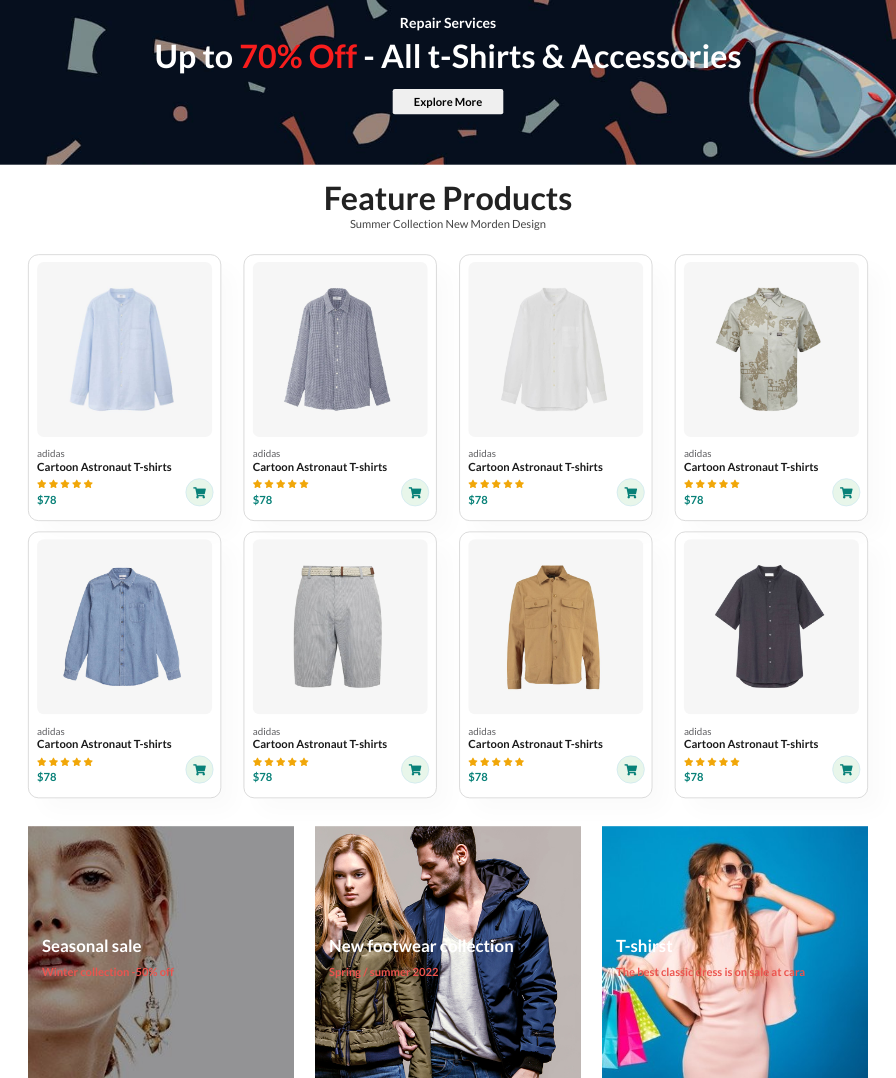
Repository: Nguyenductuan-dev/Website-Clothes
Page: index.html
The author's editor kept a copy of each file at every save. The page is drawn from the files as they stood at one save, then again after the next save.
The browser window is 1280 px wide. The pictures show the part of the page from y = 1926 to 3846 px (the page is 3466 px tall before and 3846 px after), at 70% of full size.

Above is the page before, as saved 2022-05-16 20:29:49.

### index.html
<!DOCTYPE html>
<html lang="en">
<head>
    <meta charset="UTF-8">
    <meta http-equiv="X-UA-Compatible" content="IE=edge">
    <meta name="viewport" content="width=device-width, initial-scale=1.0">
    <link rel="shortcut icon" href="assets/imgs/favicon.png" type="image/x-icon">
    <link rel="stylesheet" href="https://cdnjs.cloudflare.com/ajax/libs/font-awesome/5.15.1/css/all.min.css" />
    <link rel="preconnect" href="https://fonts.googleapis.com">
    <link rel="preconnect" href="https://fonts.gstatic.com" crossorigin>
    <link href="https://fonts.googleapis.com/css2?family=Lato:wght@400;700&family=Montserrat:ital,wght@0,200;0,300;0,400;0,500;0,600;0,700;1,600&display=swap" rel="stylesheet">
    <link rel="stylesheet" href="assets/css/style.css">
    <title>Website Clothes</title>
</head>
<body>
    <!-- ======================= HEADER ====================== -->
    <header class="header " id="header">
        <div class="header__container container">
            <a href="index.html" class="header__logo">
                <img src="assets/images/logo.png" alt="" class="header__logo-img">
            </a>

            <div class="navbar" id="navbar">
                <ul class="navbar__list">
                    <li class="navbar__item ">
                        <a href="index.html" class="navbar__link navbar__active">Home</a>
                    </li>
                    <li class="navbar__item">
                        <a href="shop.html" class="navbar__link">Shop</a>
                    </li>
                    <li class="navbar__item">
                        <a href="blog.html" class="navbar__link">Blog</a>
                    </li>
                    <li class="navbar__item">
                        <a href="about.html" class="navbar__link">About</a>
                    </li>
                    <li class="navbar__item">
                        <a href="contact.html" class="navbar__link">Contact</a>
                    </li>
                    <li class="navbar__item">
                        <a href="cart.html" class="navbar__link">
                            <i class="fas fa-shopping-cart"></i>
                        </a>
                    </li>
                </ul>
            </div>
        </div>
    </header>

    <!-- ======================= BANNER ====================== -->
    <section class="banner" id="banner">
        <div class="banner__container container">
            <h4>Trade-in-offer</h4>
            <h2>Supper value deals</h2>
            <h1>On all products</h1>
            <p>Save more with coupons & up to 70% off!</p>
            <button class="banner__btn">
                Shop Now
            </button>
        </div>
    </section>

    <!-- ======================= FEATURE ====================== -->
    <section class="feature container" id="feature">
        <div class="feature__box">
            <img src="assets/images/features/f1.png" alt="" class="feature__img">
            <h6 class="feature__title">Free Shipping</h6>
        </div>
        <div class="feature__box">
            <img src="assets/images/features/f2.png" alt="" class="feature__img">
            <h6 class="feature__title">Online Order</h6>
        </div>
        <div class="feature__box">
            <img src="assets/images/features/f3.png" alt="" class="feature__img">
            <h6 class="feature__title">Save Money</h6>
        </div>
        <div class="feature__box">
            <img src="assets/images/features/f4.png" alt="" class="feature__img">
            <h6 class="feature__title">Promotions</h6>
        </div>
        <div class="feature__box">
            <img src="assets/images/features/f5.png" alt="" class="feature__img">
            <h6 class="feature__title">Happy Sell</h6>
        </div>
        <div class="feature__box">
            <img src="assets/images/features/f6.png" alt="" class="feature__img">
            <h6 class="feature__title">F24/7 Support</h6>
        </div>
    </section>

    <!-- ======================= PRODUCTS ====================== -->
    <section class="product container" id="product">
        <div class="product__heading">
            <h2 class="product__heading-title">Feature Products</h2>
            <p class="product__heading-description">Summer Collection New Morden Design</p>
        </div>
        <div class="product__list">
            <div class="product__item">
                <a href="" class="product__link">
                    <img src="assets/images/products/n1.jpg" alt="" class="product__img">
                    <div class="product__des">
                        <span class="product__brand">adidas</span>
                        <h5 class="product__title">Cartoon Astronaut T-shirts</h5>
                        <div class="product__rate">
                            <i class="fas fa-star"></i>
                            <i class="fas fa-star"></i>
                            <i class="fas fa-star"></i>
                            <i class="fas fa-star"></i>
                            <i class="fas fa-star"></i>
                        </div>
                        <h4 class="product__price">$78</h4>
                    </div>
                    <a href="#" class="product__cart">
                        <i class="fas fa-shopping-cart"></i>
                    </a>
                </a>
            </div>
            <div class="product__item">
                <a href="" class="product__link">
                    <img src="assets/images/products/f2.jpg" alt="" class="product__img">
                    <div class="product__des">
                        <span class="product__brand">adidas</span>
                        <h5 class="product__title">Cartoon Astronaut T-shirts</h5>
                        <div class="product__rate">
                            <i class="fas fa-star"></i>
                            <i class="fas fa-star"></i>
                            <i class="fas fa-star"></i>
                            <i class="fas fa-star"></i>
                            <i class="fas fa-star"></i>
                        </div>
                        <h4 class="product__price">$78</h4>
                    </div>
                    <a href="#" class="product__cart">
                        <i class="fas fa-shopping-cart"></i>
                    </a>
                </a>
            </div>
            <div class="product__item">
                <a href="" class="product__link">
                    <img src="assets/images/products/f3.jpg" alt="" class="product__img">
                    <div class="product__des">
                        <span class="product__brand">adidas</span>
                        <h5 class="product__title">Cartoon Astronaut T-shirts</h5>
                        <div class="product__rate">
                            <i class="fas fa-star"></i>
                            <i class="fas fa-star"></i>
                            <i class="fas fa-star"></i>
                            <i class="fas fa-star"></i>
                            <i class="fas fa-star"></i>
                        </div>
                        <h4 class="product__price">$78</h4>
                    </div>
                    <a href="#" class="product__cart">
                        <i class="fas fa-shopping-cart"></i>
                    </a>
                </a>
            </div>
            <div class="product__item">
                <a href="" class="product__link">
                    <img src="assets/images/products/f4.jpg" alt="" class="product__img">
                    <div class="product__des">
                        <span class="product__brand">adidas</span>
                        <h5 class="product__title">Cartoon Astronaut T-shirts</h5>
                        <div class="product__rate">
                            <i class="fas fa-star"></i>
                            <i class="fas fa-star"></i>
                            <i class="fas fa-star"></i>
                            <i class="fas fa-star"></i>
                            <i class="fas fa-star"></i>
                        </div>
                        <h4 class="product__price">$78</h4>
                    </div>
                    <a href="#" class="product__cart">
                        <i class="fas fa-shopping-cart"></i>
                    </a>
                </a>
            </div>
            <div class="product__item">
                <a href="" class="product__link">
                    <img src="assets/images/products/f5.jpg" alt="" class="product__img">
                    <div class="product__des">
                        <span class="product__brand">adidas</span>
                        <h5 class="product__title">Cartoon Astronaut T-shirts</h5>
                        <div class="product__rate">
                            <i class="fas fa-star"></i>
                            <i class="fas fa-star"></i>
                            <i class="fas fa-star"></i>
                            <i class="fas fa-star"></i>
                            <i class="fas fa-star"></i>
                        </div>
                        <h4 class="product__price">$78</h4>
                    </div>
                    <a href="#" class="product__cart">
                        <i class="fas fa-shopping-cart"></i>
                    </a>
                </a>
            </div>
            <div class="product__item">
                <a href="" class="product__link">
                    <img src="assets/images/products/f6.jpg" alt="" class="product__img">
                    <div class="product__des">
                        <span class="product__brand">adidas</span>
                        <h5 class="product__title">Cartoon Astronaut T-shirts</h5>
                        <div class="product__rate">
                            <i class="fas fa-star"></i>
                            <i class="fas fa-star"></i>
                            <i class="fas fa-star"></i>
                            <i class="fas fa-star"></i>
                            <i class="fas fa-star"></i>
                        </div>
                        <h4 class="product__price">$78</h4>
                    </div>
                    <a href="#" class="product__cart">
                        <i class="fas fa-shopping-cart"></i>
                    </a>
                </a>
            </div>
            <div class="product__item">
                <a href="" class="product__link">
                    <img src="assets/images/products/f7.jpg" alt="" class="product__img">
                    <div class="product__des">
                        <span class="product__brand">adidas</span>
                        <h5 class="product__title">Cartoon Astronaut T-shirts</h5>
                        <div class="product__rate">
                            <i class="fas fa-star"></i>
                            <i class="fas fa-star"></i>
                            <i class="fas fa-star"></i>
                            <i class="fas fa-star"></i>
                            <i class="fas fa-star"></i>
                        </div>
                        <h4 class="product__price">$78</h4>
                    </div>
                    <a href="#" class="product__cart">
                        <i class="fas fa-shopping-cart"></i>
                    </a>
                </a>
            </div>
            <div class="product__item">
                <a href="" class="product__link">
                    <img src="assets/images/products/f8.jpg" alt="" class="product__img">
                    <div class="product__des">
                        <span class="product__brand">adidas</span>
                        <h5 class="product__title">Cartoon Astronaut T-shirts</h5>
                        <div class="product__rate">
                            <i class="fas fa-star"></i>
                            <i class="fas fa-star"></i>
                            <i class="fas fa-star"></i>
                            <i class="fas fa-star"></i>
                            <i class="fas fa-star"></i>
                        </div>
                        <h4 class="product__price">$78</h4>
                    </div>
                    <a href="#" class="product__cart">
                        <i class="fas fa-shopping-cart"></i>
                    </a>
                </a>
            </div>

        </div>
    </section>

    <!-- ======================= SALE OFF====================== -->
    <section class="saleoff" id="saleoff">
        <div class="saleoff__container container">
            <h4 class="saleoff__description">Repair Services</h4>
            <h2 class="saleoff__title">Up to <span>70% Off</span> - All t-Shirts & Accessories</h2>
            <button class="saleoff__btn">
                Explore More
            </button>
        </div>
    </section>

    <!-- ======================= PRODUCTS ====================== -->
    <section class="product container" id="product">
        <div class="product__heading">
            <h2 class="product__heading-title">Feature Products</h2>
            <p class="product__heading-description">Summer Collection New Morden Design</p>
        </div>
        <div class="product__list">
            <div class="product__item">
                <a href="" class="product__link">
                    <img src="assets/images/products/n1.jpg" alt="" class="product__img">
                    <div class="product__des">
                        <span class="product__brand">adidas</span>
                        <h5 class="product__title">Cartoon Astronaut T-shirts</h5>
                        <div class="product__rate">
                            <i class="fas fa-star"></i>
                            <i class="fas fa-star"></i>
                            <i class="fas fa-star"></i>
                            <i class="fas fa-star"></i>
                            <i class="fas fa-star"></i>
                        </div>
                        <h4 class="product__price">$78</h4>
                    </div>
                    <a href="#" class="product__cart">
                        <i class="fas fa-shopping-cart"></i>
                    </a>
                </a>
            </div>
            <div class="product__item">
                <a href="" class="product__link">
                    <img src="assets/images/products/n2.jpg" alt="" class="product__img">
                    <div class="product__des">
                        <span class="product__brand">adidas</span>
                        <h5 class="product__title">Cartoon Astronaut T-shirts</h5>
                        <div class="product__rate">
                            <i class="fas fa-star"></i>
                            <i class="fas fa-star"></i>
                            <i class="fas fa-star"></i>
                            <i class="fas fa-star"></i>
                            <i class="fas fa-star"></i>
                        </div>
                        <h4 class="product__price">$78</h4>
                    </div>
                    <a href="#" class="product__cart">
                        <i class="fas fa-shopping-cart"></i>
                    </a>
                </a>
            </div>
            <div class="product__item">
                <a href="" class="product__link">
                    <img src="assets/images/products/n3.jpg" alt="" class="product__img">
                    <div class="product__des">
                        <span class="product__brand">adidas</span>
                        <h5 class="product__title">Cartoon Astronaut T-shirts</h5>
                        <div class="product__rate">
                            <i class="fas fa-star"></i>
                            <i class="fas fa-star"></i>
                            <i class="fas fa-star"></i>
                            <i class="fas fa-star"></i>
                            <i class="fas fa-star"></i>
                        </div>
                        <h4 class="product__price">$78</h4>
                    </div>
                    <a href="#" class="product__cart">
                        <i class="fas fa-shopping-cart"></i>
                    </a>
                </a>
            </div>
            <div class="product__item">
                <a href="" class="product__link">
                    <img src="assets/images/products/n4.jpg" alt="" class="product__img">
                    <div class="product__des">
                        <span class="product__brand">adidas</span>
                        <h5 class="product__title">Cartoon Astronaut T-shirts</h5>
                        <div class="product__rate">
                            <i class="fas fa-star"></i>
                            <i class="fas fa-star"></i>
                            <i class="fas fa-star"></i>
                            <i class="fas fa-star"></i>
                            <i class="fas fa-star"></i>
                        </div>
                        <h4 class="product__price">$78</h4>
                    </div>
                    <a href="#" class="product__cart">
                        <i class="fas fa-shopping-cart"></i>
                    </a>
                </a>
            </div>
            <div class="product__item">
                <a href="" class="product__link">
                    <img src="assets/images/products/n5.jpg" alt="" class="product__img">
                    <div class="product__des">
                        <span class="product__brand">adidas</span>
                        <h5 class="product__title">Cartoon Astronaut T-shirts</h5>
                        <div class="product__rate">
                            <i class="fas fa-star"></i>
                            <i class="fas fa-star"></i>
                            <i class="fas fa-star"></i>
                            <i class="fas fa-star"></i>
                            <i class="fas fa-star"></i>
                        </div>
                        <h4 class="product__price">$78</h4>
                    </div>
                    <a href="#" class="product__cart">
                        <i class="fas fa-shopping-cart"></i>
                    </a>
                </a>
            </div>
            <div class="product__item">
                <a href="" class="product__link">
                    <img src="assets/images/products/n6.jpg" alt="" class="product__img">
                    <div class="product__des">
                        <span class="product__brand">adidas</span>
                        <h5 class="product__title">Cartoon Astronaut T-shirts</h5>
                        <div class="product__rate">
                            <i class="fas fa-star"></i>
                            <i class="fas fa-star"></i>
                            <i class="fas fa-star"></i>
                            <i class="fas fa-star"></i>
                            <i class="fas fa-star"></i>
                        </div>
                        <h4 class="product__price">$78</h4>
                    </div>
                    <a href="#" class="product__cart">
                        <i class="fas fa-shopping-cart"></i>
                    </a>
                </a>
            </div>
            <div class="product__item">
                <a href="" class="product__link">
                    <img src="assets/images/products/n7.jpg" alt="" class="product__img">
                    <div class="product__des">
                        <span class="product__brand">adidas</span>
                        <h5 class="product__title">Cartoon Astronaut T-shirts</h5>
                        <div class="product__rate">
                            <i class="fas fa-star"></i>
                            <i class="fas fa-star"></i>
                            <i class="fas fa-star"></i>
                            <i class="fas fa-star"></i>
                            <i class="fas fa-star"></i>
                        </div>
                        <h4 class="product__price">$78</h4>
                    </div>
                    <a href="#" class="product__cart">
                        <i class="fas fa-shopping-cart"></i>
                    </a>
                </a>
            </div>
            <div class="product__item">
                <a href="" class="product__link">
                    <img src="assets/images/products/n8.jpg" alt="" class="product__img">
                    <div class="product__des">
                        <span class="product__brand">adidas</span>
                        <h5 class="product__title">Cartoon Astronaut T-shirts</h5>
                        <div class="product__rate">
                            <i class="fas fa-star"></i>
                            <i class="fas fa-star"></i>
                            <i class="fas fa-star"></i>
                            <i class="fas fa-star"></i>
                            <i class="fas fa-star"></i>
                        </div>
                        <h4 class="product__price">$78</h4>
                    </div>
                    <a href="#" class="product__cart">
                        <i class="fas fa-shopping-cart"></i>
                    </a>
                </a>
            </div>

        </div>
    </section>

    <!-- ======================= BANNER 2====================== -->



    <section class="banner3" id="banner3">
        <div class="banner3__container container">
            <div class="banner__box seasonal-sale banner3__box">
                <h2>Seasonal sale</h2>
                <span>Winter collection -50% off</span>
            </div>
            <div class="banner__box new-footwear banner3__box">
                <h2>New footwear collection</h2>
                <span>Spring / summer 2022</span>
            </div>
            <div class="banner__box t-shirst banner3__box">
                <h2>T-shirst</h2>
                <span>The best classic dress is on sale at cara</span>
            </div>
        </div>
    </section>


    <script src="assets/js/main.js"></script>
</body>
</html>

Loaded but not shown: assets/js/main.js (11 lines, source omitted); assets/css/style.css (389 lines, source omitted)

After the next save:
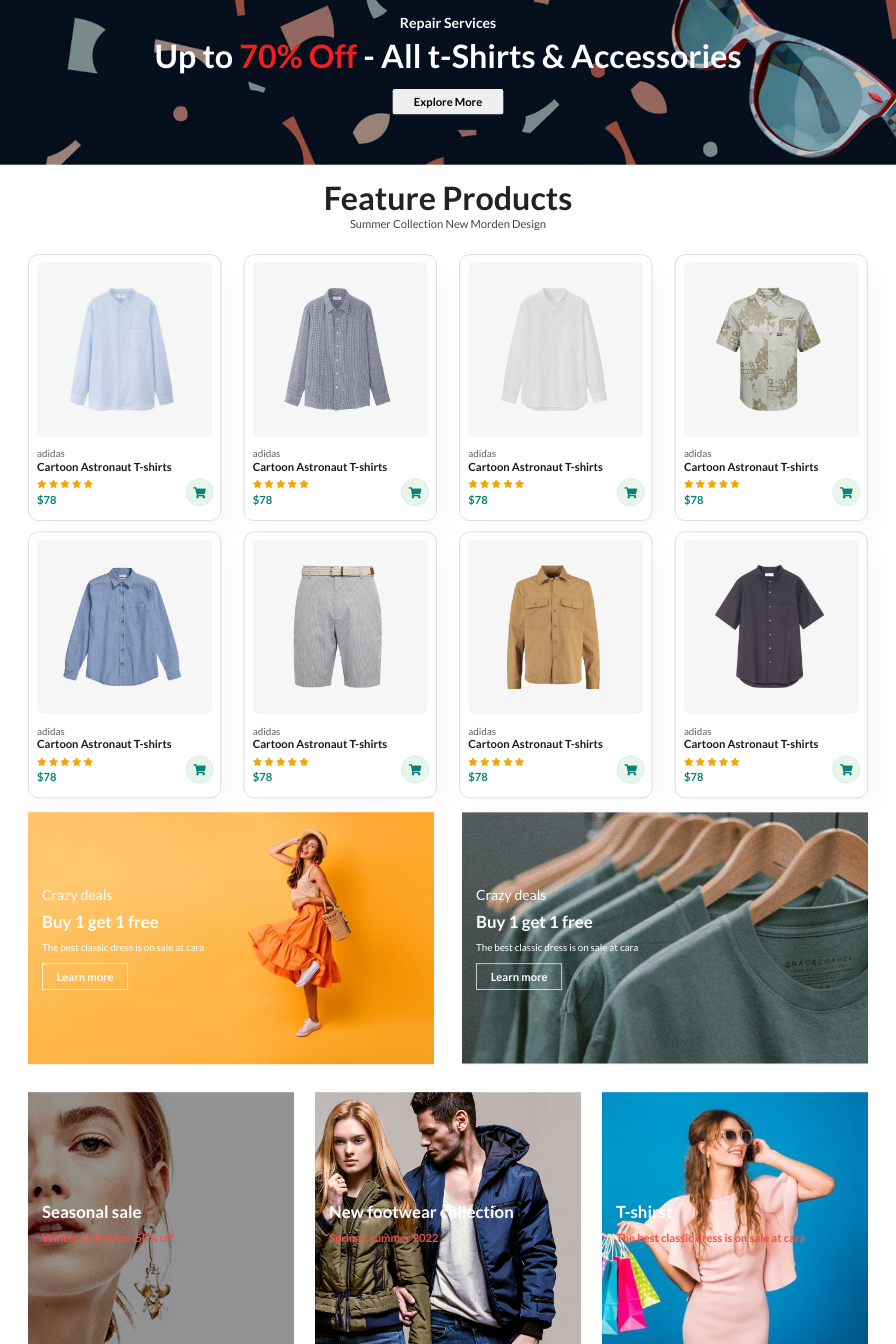
Saved 118 s later.
--- a/index.html
+++ b/index.html
@@ -441,9 +441,27 @@
         </div>
     </section>
 
-    <!-- ======================= BANNER 2====================== -->
-
-
+    <!-- ======================= BANNER 2 ====================== -->
+    <section class="banner2" id="banner2">
+        <div class="banner2__container container">
+            <div class="banner__box crazy-deals banner2__box">
+                <h4>Crazy deals</h4>
+                <h2>Buy 1 get 1 free</h2>
+                <p>The best classic dress is on sale at cara</p>
+                <button class="banner__btn">
+                    Learn more
+                </button>
+            </div>
+            <div class="banner__box spring-summer banner2__box">
+                <h4>Crazy deals</h4>
+                <h2>Buy 1 get 1 free</h2>
+                <p>The best classic dress is on sale at cara</p>
+                <button class="banner__btn">
+                    Learn more
+                </button>
+            </div>
+        </div>
+    </section>
 
     <section class="banner3" id="banner3">
         <div class="banner3__container container">
